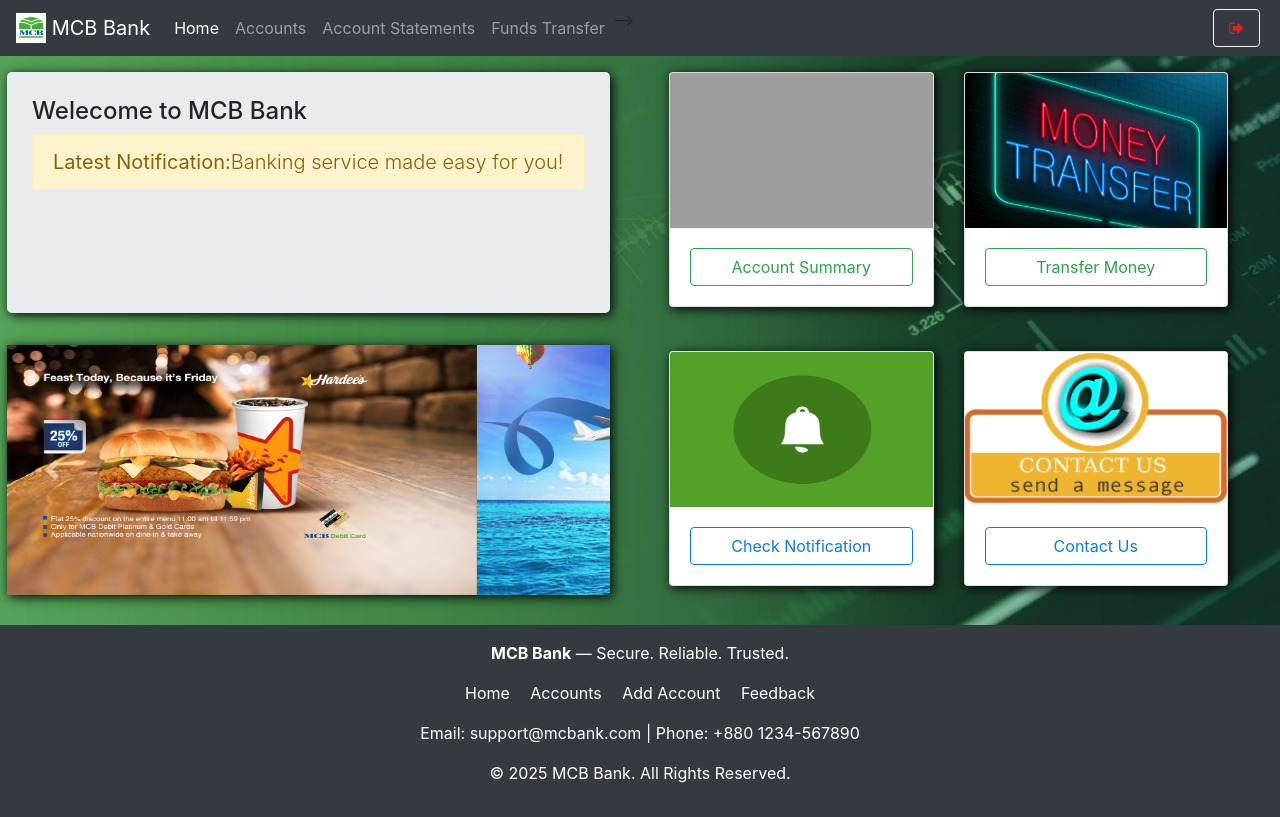
Repository: mhbshimla/my-bank
Page: http://localhost/
The author's editor kept a copy of each file at every save. The page is drawn from the files as they stood at one save, then again after the next save.
The browser window is 1280 px wide. The pictures show the whole page.
Pictures or frames that could not be fetched are drawn as grey boxes. The page is run by PHP 8.4 with error messages shown; the project is at /var/www/html/. The session is filled in as if someone had signed in: {"userId": 2, "user": {"id": 2, "email": "some2@gmail.com", "name": "Ali khan", "balance": 56000, "nid": "3210375555343", "number": "03356910260", "city": "Islamabad", "address": "Some where in isb", "source": "Programmer", "accountNo": 10054777, "branch": 1, "accountType": "Saving", "date": "2017-12-14 04:50:06"}, "cashId": 2, "managerId": 2}. Other server files are loaded and not shown. The database holds what the project's SQL file puts in it.

Above is the page before, as saved 2025-10-13 21:28:41.

### index.php
<?php
session_start();
if(!isset($_SESSION['userId'])){ header('location:login.php');}
?>
<!DOCTYPE html>
<html>
<head>
  <title>Banking</title>
  <?php require 'assets/autoloader.php'; ?>
  <?php require 'assets/db.php'; ?>
  <?php require 'assets/function.php'; ?>
</head>
<body style="background: url('images/mdashboard-bg.jpg') no-repeat center center; background-size: cover;">
<nav class="navbar navbar-expand-lg navbar-dark bg-dark fixed-top">
 <a class="navbar-brand" href="#">
    <img src="images/logo.png" width="30" height="30" class="d-inline-block align-top" alt="">
   <!--  <i class="d-inline-block  fa fa-building fa-fw"></i> --><?php echo bankName; ?>
  </a>
  <button class="navbar-toggler" type="button" data-toggle="collapse" data-target="#navbarSupportedContent" aria-controls="navbarSupportedContent" aria-expanded="false" aria-label="Toggle navigation">
    <span class="navbar-toggler-icon"></span>
  </button>

  <div class="collapse navbar-collapse" id="navbarSupportedContent">
    <ul class="navbar-nav mr-auto">
      <li class="nav-item ">
        <a class="nav-link active" href="index.php">Home <span class="sr-only">(current)</span></a>
      </li>
      <li class="nav-item ">  <a class="nav-link" href="accounts.php">Accounts</a></li>
      <li class="nav-item ">  <a class="nav-link" href="statements.php">Account Statements</a></li>
      <li class="nav-item ">  <a class="nav-link" href="transfer.php">Funds Transfer</a></li> -->
      <!-- <li class="nav-item ">  <a class="nav-link" href="profile.php">Profile</a></li> -->

     </ul>
     <?php if(!isset($_SESSION['userId'])) { ?>
      <a href="login.php" class="btn btn-outline-light mx-1">Login</a>
      <a href="signup.php" class="btn btn-success">Signup</a>
    <?php } else {
      // include 'sideButton.php';
    } ?>
    <?php include 'sideButton.php'; ?>

  </div>
</nav><br><br><br>
<div class="row w-100" >
  <div class="col" style="padding: 22px;padding-top: 0">
    <div class="jumbotron shadowBlack" style="padding: 25px;min-height: 241px;max-height: 241px">
  <h4 class="display-5">Welecome to MCB Bank</h4>
  <p class="lead alert alert-warning"><b>Latest Notification:</b>Banking service made easy for you! <p/>

  <!-- <?php
      $array = $con->query("select * from notice where userId = '$_SESSION[userId]' order by date desc");
      if ($array->num_rows > 0)
      {
        $row = $array->fetch_assoc();
        // {
          echo $row['notice'];
        // }
      }
      else
        echo "<div class='alert alert-info'>Notice box empty</div>";
     ?></p> -->

</div>
        <div id="carouselExampleIndicators" class="carousel slide my-2 rounded-1 shadowBlack" data-ride="carousel" >
          <div class="carousel-inner">
          <div class="carousel-item active">
            <img class="d-block w-100" src="images/1.jpg" alt="First slide" style="max-height: 250px">
          </div>
          <div class="carousel-item">
            <img class="d-block w-100" src="images/2.jpg" alt="Second slide" style="max-height: 250px">
          </div>
          <div class="carousel-item">
            <img class="d-block w-100" src="images/3.jpg" alt="Third slide" style="max-height: 250px">
          </div>

        </div>
        <a class="carousel-control-prev" href="#carouselExampleIndicators" role="button" data-slide="prev">
          <span class="carousel-control-prev-icon" aria-hidden="true"></span>
          <span class="sr-only">Previous</span>
        </a>
        <a class="carousel-control-next" href="#carouselExampleIndicators" role="button" data-slide="next">
          <span class="carousel-control-next-icon" aria-hidden="true"></span>
          <span class="sr-only">Next</span>
        </a>
      </div>
  </div>
<div class="col">
    <div class="row" style="padding: 22px;padding-top: 0">
      <div class="col">
        <div class="card shadowBlack ">
          <img class="card-img-top" src="images/acount.jpg" style="max-height: 155px;min-height: 155px" alt="Card image cap">
          <div class="card-body">
            <a href="accounts.php" class="btn btn-outline-success btn-block">Account Summary</a>
          </div>
        </div>
      </div>
      <div class="col">
        <div class="card shadowBlack ">
          <img class="card-img-top" src="images/transfer.jpg" alt="Card image cap" style="max-height: 155px;min-height: 155px">
        <div class="card-body">
          <a href="transfer.php" class="btn btn-outline-success btn-block">Transfer Money</a>
         </div>
        </div>
      </div>
    </div>
    <div class="row" style="padding: 22px">
      <div class="col">
        <div class="card shadowBlack ">
          <img class="card-img-top" src="images/bell.gif" style="max-height: 155px;min-height: 155px" alt="Card image cap">
          <div class="card-body">
            <a href="notice.php" class="btn btn-outline-primary btn-block">Check Notification</a>
          </div>
        </div>
      </div>
      <div class="col">
        <div class="card shadowBlack ">
          <img class="card-img-top" src="images/contacts.gif" alt="Card image cap" style="max-height: 155px;min-height: 155px">
        <div class="card-body">
          <a href="feedback.php" class="btn btn-outline-primary btn-block">Contact Us</a>
         </div>
        </div>
      </div>
    </div>
  </div>
</div>
<footer class="bg-dark text-white text-center pt-3 pb-3">
  <div class="container">
    <p><strong>MCB Bank</strong> — Secure. Reliable. Trusted.</p>
    <p>
      <a href="mindex.php" class="text-white mx-2">Home</a>
      <a href="maccounts.php" class="text-white mx-2">Accounts</a>
      <a href="maddnew.php" class="text-white mx-2">Add Account</a>
      <a href="mfeedback.php" class="text-white mx-2">Feedback</a>
    </p>
    <p>Email: support@mcbank.com | Phone: +880 1234-567890</p>
    <p>&copy; <?php echo date("Y"); ?> MCB Bank. All Rights Reserved.</p>
  </div>
</footer>
</body>
</html>

### assets/autoloader.php

<link rel="stylesheet" type="text/css" href="css/bootstrap.min.css">
<link rel="stylesheet" type="text/css" href="css/custom.css">
<link rel="stylesheet" type="text/css" href="font-awesome/css/font-awesome.min.css">
<script src='js/jquery-3.2.1.min.js'></script>
<script src='js/popper.min.js'></script>
<script src='js/bootstrap.min.js'></script>

### assets/db.php
<?php
if (session_status() === PHP_SESSION_NONE) {
    session_start();
}

// ✅ Auto-switch between localhost and InfinityFree
if (in_array($_SERVER['SERVER_NAME'], ['localhost', '127.0.0.1'])) {
    // Localhost (XAMPP/WAMP)
    $con = new mysqli('localhost', 'root', '', 'mybank');
} else {
    // InfinityFree (Live Hosting)
    $con = new mysqli('sql100.infinityfree.com', 'if0_40476525', 'banK12345', 'if0_40476525_mybank');
}

// ✅ Connection check
if ($con->connect_error) {
    die("Database connection failed: " . $con->connect_error);
}

// ✅ Bank name constant
define('bankName', 'MCB Bank');

// ✅ Fetch user data safely if logged in
$userData = null;
if (isset($_SESSION['userId'])) {
    $stmt = $con->prepare("
        SELECT *
        FROM userAccounts
        JOIN branch ON userAccounts.branch = branch.branchId
        WHERE userAccounts.id = ?
    ");
    if ($stmt) {
        $stmt->bind_param("i", $_SESSION['userId']);
        $stmt->execute();
        $result   = $stmt->get_result();
        $userData = $result->fetch_assoc();
        $stmt->close();
    }
}
?>
<!-- Tooltip initialization -->
<script type="text/javascript">
$(function () {
  $('[data-toggle="tooltip"]').tooltip();
});
</script>

### assets/function.php
<?php
function setBalance($amount,$process,$accountNo)
{
	$con = new mysqli('localhost','root','','mybank');
	$array = $con->query("select * from userAccounts where accountNo='$accountNo'");
	$row = $array->fetch_assoc();
	if ($process == 'credit')
	{
		$balance = $row['balance'] + $amount;
		return $con->query("update userAccounts set balance = '$balance' where accountNo = '$accountNo'");
	}else
	{
		$balance = $row['balance'] - $amount;
		return $con->query("update userAccounts set balance = '$balance' where accountNo = '$accountNo'");
	}
}
function setOtherBalance($amount,$process,$accountNo)
{
	$con = new mysqli('localhost','root','','mybank');
	$array = $con->query("select * from otheraccounts where accountNo='$accountNo'");
	$row = $array->fetch_assoc();
	if ($process == 'credit')
	{
		$balance = $row['balance'] + $amount;
		return $con->query("update otheraccounts set balance = '$balance' where accountNo = '$accountNo'");
	}else
	{
		$balance = $row['balance'] - $amount;
		return $con->query("update otheraccounts set balance = '$balance' where accountNo = '$accountNo'");
	}
}
function makeTransaction($action,$amount,$other)
{
	$con = new mysqli('localhost','root','','mybank');
	if ($action == 'transfer')
	{
		return $con->query("insert into transaction (action,debit,other,userId) values ('transfer','$amount','$other','$_SESSION[userId]')");
	}
	if ($action == 'withdraw')
	{
		return $con->query("insert into transaction (action,debit,other,userId) values ('withdraw','$amount','$other','$_SESSION[userId]')");

	}
	if ($action == 'deposit')
	{
		return $con->query("insert into transaction (action,credit,other,userId) values ('deposit','$amount','$other','$_SESSION[userId]')");

	}
}
function makeTransactionCashier($action,$amount,$other,$userId)
{
	$con = new mysqli('localhost','root','','mybank');
	if ($action == 'transfer')
	{
		return $con->query("insert into transaction (action,debit,other,userId) values ('transfer','$amount','$other','$userId')");
	}
	if ($action == 'withdraw')
	{
		return $con->query("insert into transaction (action,debit,other,userId) values ('withdraw','$amount','$other','$userId')");

	}
	if ($action == 'deposit')
	{
		return $con->query("insert into transaction (action,credit,other,userId) values ('deposit','$amount','$other','$userId')");

	}
}
 ?>

### sideButton.php
<form class="form-inline my-2 my-lg-0">
        <!-- <a href="" class="btn btn-outline-success" data-toggle="tooltip" title="Your current Account Balance">Acount Balance : Rs.<?php echo $userData['balance']; ?></a>
        <a href="accounts.php" data-toggle="tooltip" title="Account Summary" class="btn btn-outline-primary mx-1" ><i class="fa fa-book fa-fw"></i></a>
        <a href="notice.php" data-toggle="tooltip" title="View Notice" class="btn btn-outline-primary mx-1" ><i class="fa fa-envelope fa-fw"></i></a>
        <a href="feedback.php" data-toggle="tooltip" title="Help?" class="btn btn-outline-info mx-1" ><i class="fa fa-question fa-fw"></i></a>-->
        <a href="logout.php" data-toggle="tooltip" title="Logout" class="btn btn-outline-danger mx-1" ><i class="fa fa-sign-out fa-fw"></i></a>
        <style>
.btn-outline-danger {
  color: #e91d1dff;
  border-color: #f6efefff;
  transition: all 0.3s ease;
}

.btn-outline-danger:hover {
  background-color: #e91d1dff;
  color: white;
  box-shadow: 0 0 10px rgba(96, 105, 26, 0.6);
}
</style>

</form>

### css/custom.css
.omit1{background: rgba(0,0,0,0.1);}
.omit2{background: rgba(0,0,0,0.2);}
.omit3{background: rgba(0,0,0,0.3);}
.omit4{background: rgba(0,0,0,0.4);}
.omit5{background: rgba(0,0,0,0.5);}
.omit6{background: rgba(0,0,0,0.6);}
.omit7{background: rgba(0,0,0,0.7);}
.omit8{background: rgba(0,0,0,0.8);}
.omit9{background: rgba(0,0,0,0.9);}

.shadowBlack{box-shadow: 2px 2px 11px black}
.shadowGreen{box-shadow: 2px 2px 11px green}
.shadowBlue{box-shadow: 2px 2px 11px blue}
.shadowWhite{box-shadow: 2px 2px 11px white}

### Database/mybank (1).sql (the tables this page reads)
CREATE TABLE `branch` (
  `branchId` int(11) NOT NULL,
  `branchNo` varchar(111) NOT NULL,
  `branchName` varchar(111) NOT NULL
) ENGINE=InnoDB DEFAULT CHARSET=latin1 COLLATE=latin1_swedish_ci;

INSERT INTO `branch` (`branchId`, `branchNo`, `branchName`) VALUES
(1, '100101', 'Dhaka'),
(2, '100102', 'Sylhet');

ALTER TABLE `branch`
  ADD PRIMARY KEY (`branchId`);

ALTER TABLE `branch`
  MODIFY `branchId` int(11) NOT NULL AUTO_INCREMENT, AUTO_INCREMENT=3;

CREATE TABLE `notice` (
  `id` int(11) NOT NULL,
  `userId` varchar(111) NOT NULL,
  `notice` text NOT NULL,
  `date` timestamp NOT NULL DEFAULT current_timestamp()
) ENGINE=InnoDB DEFAULT CHARSET=latin1 COLLATE=latin1_swedish_ci;

INSERT INTO `notice` (`id`, `userId`, `notice`, `date`) VALUES
(1, '1', 'Dear Customer! <br> OUr privacy policy is changed for account information get new prospectus from your nearest branch', '2017-12-14 13:11:46'),
(6, '2', 'Dear Ali,<br>\r\nOur privacy policy has been changed please visit nearest <kbd> MCB </kbd> branch for new prospectus.', '2017-12-16 06:29:23'),
(7, '8', 'you account created successfully!', '2025-08-17 15:57:42'),
(8, '9', 'your account created successfully!', '2025-08-17 16:00:32'),
(9, '6', 'hey your account in safe!', '2025-10-13 14:19:19'),
(10, '11', 'your account has been created successfully!', '2025-10-13 14:25:32'),
(11, '12', 'thanks for your patience', '2025-10-14 04:37:35'),
(12, '2', 'your account is active now!', '2025-10-19 07:40:42'),
(13, '10', 'can you get my message', '2025-10-27 17:14:26'),
(14, '2', 'working properly', '2025-10-27 17:15:58'),
(15, '13', 'Your account has been created successfully! Thanks for your patience. Wish you a happy and safe banking!', '2025-11-08 14:30:00'),
(16, '13', 'Happy Banking!', '2025-11-17 14:48:58');

ALTER TABLE `notice`
  ADD PRIMARY KEY (`id`);

ALTER TABLE `notice`
  MODIFY `id` int(11) NOT NULL AUTO_INCREMENT, AUTO_INCREMENT=17;

CREATE TABLE `useraccounts` (
  `id` int(11) NOT NULL,
  `email` text NOT NULL,
  `password` text NOT NULL,
  `name` varchar(111) NOT NULL,
  `balance` varchar(111) NOT NULL,
  `nid` varchar(111) NOT NULL,
  `number` varchar(111) NOT NULL,
  `city` varchar(111) NOT NULL,
  `address` varchar(111) NOT NULL,
  `source` varchar(111) NOT NULL,
  `accountNo` varchar(111) NOT NULL,
  `branch` varchar(111) NOT NULL,
  `accountType` varchar(111) NOT NULL,
  `date` timestamp NOT NULL DEFAULT current_timestamp()
) ENGINE=InnoDB DEFAULT CHARSET=latin1 COLLATE=latin1_swedish_ci;

INSERT INTO `useraccounts` (`id`, `email`, `password`, `name`, `balance`, `nid`, `number`, `city`, `address`, `source`, `accountNo`, `branch`, `accountType`, `date`) VALUES
(2, 'some2@gmail.com', 'some2', 'Ali khan', '56000', '3210375555343', '03356910260', 'Islamabad', 'Some where in isb', 'Programmer', '10054777', '1', 'Saving', '2017-12-14 04:50:06'),
(6, 'realx4rd@gmail.com', 'afsdfasd', 'Fayyaz Khan', '234234', '3240338834902', '03356910260', 'Taunsa', 'Dera Ghazi Khan', 'Govt. job', '1513410739', '1', 'saving', '2017-12-16 07:52:40'),
(7, 'realx4rd@gmail.com', 'safsadf', 'Fayyaz Khan', '12121', '3240338834902', '03356910260', 'Taunsa', 'Dera Ghazi Khan', 'Govt. job', '1513410837', '1', 'current', '2017-12-16 07:54:18'),
(8, 'uracc@gmail.com', 'uracc', 'uracc', '500', '1', '01890040951', 'sylhet', 'south surma,sylhet', 'business', '1755446085', '1', 'current', '2025-08-17 15:56:42'),
(10, 'sjahan@gmail.com', 'sjahan', 'shuborna', '9993565', '1', '01562536474', 'dhaka', 'north south surma', 'business', '1757345500', '2', 'saving', '2025-09-08 15:35:00'),
(11, 'ayana10@gmail.com', 'ayana10', 'Ayana Hussain', '13000000', '205364253', '01853462422', 'sylhet', 'south surma,sylhet', 'business', '1760365343', '2', 'saving', '2025-10-13 14:24:20'),
(12, 'shimla09@gmail.com', 'shimla09', 'shimla', '14390244', '4235345666', '01853524345', 'sylhet', 'south surma,sylhet', 'job', '1760416459', '1', 'current', '2025-10-14 04:36:47'),
(13, 'arib05@gmail.com', 'arib05', 'arib', '2476544', '1234414302', '01804414302', 'Sylhet', 'South Surma, Sylhet-3100', 'business', '1762611572', '2', 'saving', '2025-11-08 14:22:38');

ALTER TABLE `useraccounts`
  ADD PRIMARY KEY (`id`);

ALTER TABLE `useraccounts`
  MODIFY `id` int(11) NOT NULL AUTO_INCREMENT, AUTO_INCREMENT=14;

Loaded but not shown: css/bootstrap.min.css (library); font-awesome/css/font-awesome.min.css (library); js/jquery-3.2.1.min.js (library); js/popper.min.js (library); js/bootstrap.min.js (library)

After the next save:
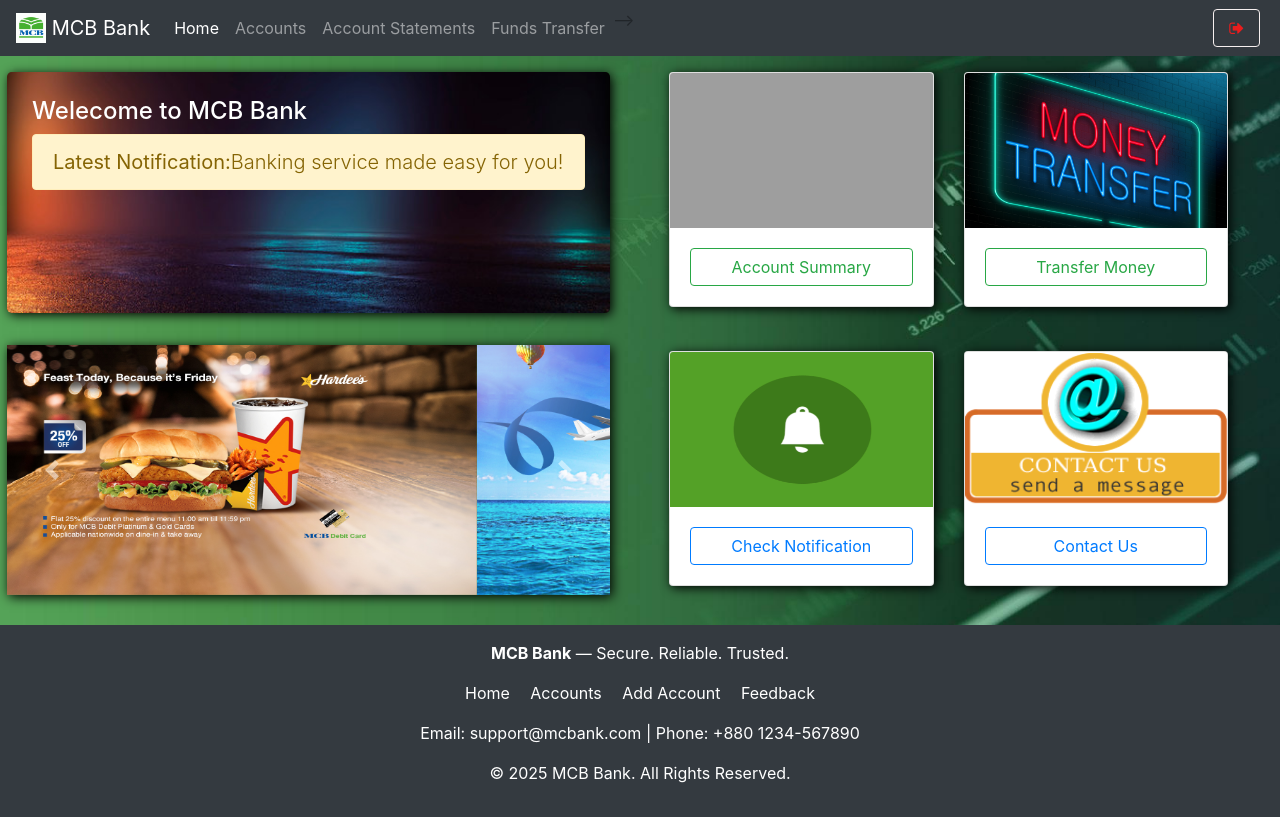
Saved 7 min 15 s later.
--- a/index.php
+++ b/index.php
@@ -43,7 +43,9 @@
 </nav><br><br><br>
 <div class="row w-100" >
   <div class="col" style="padding: 22px;padding-top: 0">
-    <div class="jumbotron shadowBlack" style="padding: 25px;min-height: 241px;max-height: 241px">
+    <!-- <div class="jumbotron shadowBlack" style="padding: 25px;min-height: 241px;max-height: 241px"> -->
+      <div class="jumbotron shadowBlack" style="padding: 25px; min-height: 241px; max-height: 241px; background-image: url('images/welcome-bg.jpg'); background-size: cover; background-position: center; background-repeat: no-repeat; color: white;">
+
   <h4 class="display-5">Welecome to MCB Bank</h4>
   <p class="lead alert alert-warning"><b>Latest Notification:</b>Banking service made easy for you! <p/>
 
